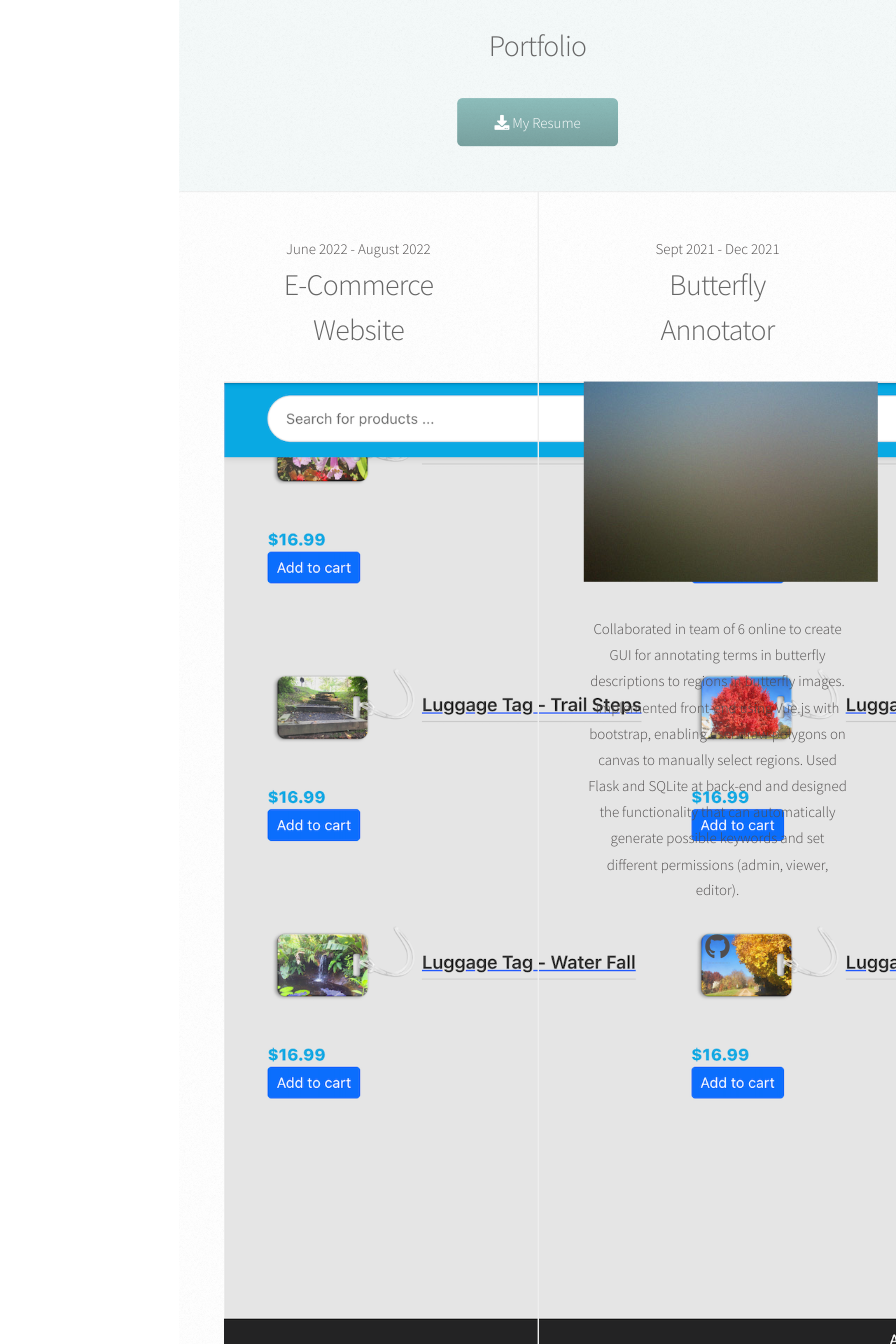
Repository: Felixqxz/Felixqxz.github.io
Page: index.html
These files come from the project's save history. The page is drawn as it stood at one moment and after a run of saves; the edit follows.
The browser window is 1280 px wide. The pictures show the part of the page from y = 1343 to 3263 px (the page is 6431 px tall), at 70% of full size.

Above is the page before, as saved 2022-08-02 14:39:47.

### index.html
<!DOCTYPE HTML>
<!--
	Prologue by HTML5 UP
	html5up.net | @ajlkn
	Free for personal and commercial use under the CCA 3.0 license (html5up.net/license)
-->
<html>
	<head>
		<title>Prologue by HTML5 UP</title>
		<meta charset="utf-8" />
		<meta name="viewport" content="width=device-width, initial-scale=1, user-scalable=no" />
		<link rel="stylesheet" href="assets/css/main.css" />
	</head>
	<body class="is-preload">

		<!-- Header -->
			<div id="header">

				<div class="top">

					<!-- Logo -->
						<div id="logo">
							<span class="image avatar48"><img src="images/avatar.jpg" alt="" /></span>
							<h1 id="title">Xingzhi Qian</h1>
							<p>Imperial College London</p>
						</div>

					<!-- Nav -->
						<nav id="nav">
							<ul>
								<li><a href="#top" id="top-link"><span class="icon solid fa-home">Intro</span></a></li>
								<li><a href="#about" id="about-link"><span class="icon solid fa-user">About Me</span></a></li>
								<li><a href="#portfolio" id="portfolio-link"><span class="icon solid fa-th">Portfolio</span></a></li>
								<!-- <li><a href="#contact" id="contact-link"><span class="icon solid fa-envelope">Contact</span></a></li> -->
							</ul>
						</nav>

				</div>

				<div class="bottom">

					<!-- Social Icons -->
						<ul class="icons">
							<li><a href="https://github.com/Felixqxz" class="icon brands fa-github"><span class="label">Github</span></a></li>
							<li><a href="https://www.linkedin.com/in/felixqian" class="icon brands fa-linkedin"><span class="label">LinkedIn</span></a></li>
							<li><a href="mailto: xingzhi.qian19@imperial.ac.uk" class="icon solid fa-envelope"><span class="label">Email</span></a></li>
							<li><a href="https://www.instagram.com/felix_qxz" class="icon brands fa-instagram"><span class="label">Instagram</span></a></li>
						</ul>

				</div>

			</div>

		<!-- Main -->
			<div id="main">

				<!-- Intro -->
					<section id="top" class="one dark cover">
						<div class="container">

							<header>
								<h2 class="alt">Hi! I'm <strong>Xingzhi (Felix)</strong>,</h2>
								<h2>a fourth year MEng Computing student at</h2>
								<h2>Imperial College London</h2>
							</header>

							<footer>
								<a href="#about" class="button scrolly">Explore more</a>
							</footer>

						</div>
					</section>


					<!-- About Me -->
					<section id="about" class="three">
						<div class="container">

							<header>
								<h2>About Me</h2>
							</header>

							<a href="#" class="image featured"><img src="images/pic08.jpg" alt="" /></a>

							<p>I'm Xingzhi (Felix) Qian, a fourth year MEng student studying computing (Artificial Intelligence and Machine Learning) at Imperial College London. </p>
							<p>I was born in Changshu, a beautiful city near the east coast of China. I love music, sports, playing games and travelling.
								I'm really enthusiastic about learning latest technologies and new skills.
							</p>

						</div>
					</section>

					<!-- Portfolio -->
					<section id="portfolio" class="two">
						<div class="container">

							<header>
								<h2>Portfolio</h2>
							</header>

							<a href="assets/CV.pdf" class="button" target="_blank"><i class="fa fa-download"></i>  My Resume</a>

						</div>
					</section>

					<section class="posts">
						<article>
							<header>
								<span class="date">June 2022 - August 2022</span>
								<h2>E-Commerce<br />
								Website</a></h2>
							</header>
							<img src="images/E-Commerce.jpg" alt="" /><br><br>
							<p>Built up an e-commerce website with Angular front-end and spring-boot back-end. Implemented the credit card payments using Stripe API.
								Developed Spring Boot back-end using REST APIs and connectted with MySQL database. ensuring web security using JWT, OAuth2.
							</p>
							<a href="https://github.com/Felixqxz/e-commerce" class="icon brands fa-github" style="font-size:36px"><span class="label">Github</span></a>
						</article>
						<article>
							<header>
								<span class="date">Sept 2021 - Dec 2021</span>
								<h2>Butterfly<br />
								Annotator</a></h2>
							</header>
							<img src="images/pic02.jpg" alt="" /><br><br>
							<p>Collaborated in team of 6 online to create GUI for annotating terms in butterfly descriptions to regions in butterfly images.
							Implemented front-end using Vue.js with bootstrap, enabling user draw polygons on canvas to manually select regions.
							Used Flask and SQLite at back-end and designed the functionality that can automatically generate possible
							keywords and set different permissions (admin, viewer, editor).
							</p>
							<a href="https://github.com/Felixqxz/butterfly-annotator" class="icon brands fa-github" style="font-size:36px"><span class="label">Github</span></a>
						</article>
						<article>
							<header>
								<span class="date">June 2021 - July 2021</span>
								<h2>Personal<br />
								Blog</h2>
							</header>
							<img src="images/pic03.jpg" alt="" /><br><br>
							<p>Created and built up the personal blog that enables different users to add their own blogs with Markdown format.
								Implemented front-end using Vue with element-UI, and back-end using Spring boot with MySQL. Used JWT (JSON Web Tokens) to ensure
								security between front-end and back-end.
							</p><br><br>
							<a href="https://github.com/Felixqxz/blog" class="icon brands fa-github" style="font-size:36px"><span class="label">Github</span></a>
						</article>
						<article>
							<header>
								<span class="date">May 2021</span>
								<h2>Online Platform for<br />
									 Chinese Students at Imperial</h2>
							</header>
							<img src="images/pic03.jpg" alt="" /><br><br>
							<p>Built up a mobile app that provides a platform for Chinese students at Imperial College to post problem that they would like to ask or share.
								Interviewed a few Chinese students in different years at Imperial and improved the software based on their feedback during the project iterations.
								Implemented using Swift for both front-end and back-end with Firebase as cloud-based NoSQL database.

							</p><br><br>
							<a href="https://github.com/Felixqxz/drp" class="icon brands fa-github" style="font-size:36px"><span class="label">Github</span></a>
						</article>
						<article>
							<header>
								<span class="date">Oct 2020 - Dec 2020</span>
								<h2>WACC<br />
								Compiler</h2>
							</header>
							<img src="images/pic03.jpg" alt="" /><br><br>
							<p>Worked in team of 4 online to build up Wacc compiler that generates assembly code using Java. Wacc is a simple language for educational purposes.
								Generated the language parser and constructed abstract syntax tree using ANTLR tool.
								Allowed for syntax and semantic checking of inputs and generate error messages according to both syntax and semantic error.


							</p><br><br>
							<a href="https://github.com/Felixqxz/Wacc" class="icon brands fa-github" style="font-size:36px"><span class="label">Github</span></a>
						</article>
						<article>
							<header>
								<span class="date">June 2018 - July 2018</span>
								<h2>Cataracts Classification<br /> Using SqueezeNet</h2>
							</header>
							<img src="images/pic03.jpg" alt="" /><br><br>
							<p>Used SqueezeNet, a deep neural network with few parameters, on cataracts classification that can help
								ophthalmologists diagnose different types of cataracts with images, achieving accuracy on test data at 96%.
								Generated and applied data augmentation to preprocess data for labeled datasets, and trained model with
								transfer learning using Keras and TensorFlow.
								Came up with the idea from volunteering in ophthalmology department and finding it took ophthalmologists
								time to diagnose different types of cataracts.


							</p>
							<a href="https://github.com/Felixqxz/cataracts-classification" class="icon brands fa-github" style="font-size:36px"><span class="label">Github</span></a>
						</article>
					</section>



				<!-- Contact -->
					<!-- <section id="contact" class="four">
						<div class="container">

							<header>
								<h2>Contact</h2>
							</header>

							<p>Elementum sem parturient nulla quam placerat viverra
							mauris non cum elit tempus ullamcorper dolor. Libero rutrum ut lacinia
							donec curae mus. Eleifend id porttitor ac ultricies lobortis sem nunc
							orci ridiculus faucibus a consectetur. Porttitor curae mauris urna mi dolor.</p>

							<form method="post" action="#">
								<div class="row">
									<div class="col-6 col-12-mobile"><input type="text" name="name" placeholder="Name" /></div>
									<div class="col-6 col-12-mobile"><input type="text" name="email" placeholder="Email" /></div>
									<div class="col-12">
										<textarea name="message" placeholder="Message"></textarea>
									</div>
									<div class="col-12">
										<input type="submit" value="Send Message" />
									</div>
								</div>
							</form>

						</div>
					</section> -->

			</div>

		<!-- Footer -->
			<div id="footer">

				<!-- Copyright -->
					<ul class="copyright">
						<li>&copy; Copyright © 2022 Xingzhi Qian All Rights Reserved.</li><br>
						<li>&copy; Created by Xingzhi Qian </li>
					</ul>

			</div>

		<!-- Scripts -->
			<script src="assets/js/jquery.min.js"></script>
			<script src="assets/js/jquery.scrolly.min.js"></script>
			<script src="assets/js/jquery.scrollex.min.js"></script>
			<script src="assets/js/browser.min.js"></script>
			<script src="assets/js/breakpoints.min.js"></script>
			<script src="assets/js/util.js"></script>
			<script src="assets/js/main.js"></script>

	</body>
</html>

Loaded but not shown: assets/js/jquery.min.js (library); assets/js/jquery.scrolly.min.js (common file); assets/js/jquery.scrollex.min.js (common file); assets/js/browser.min.js (common file); assets/js/breakpoints.min.js (common file); assets/css/fontawesome-all.min.css (library); assets/js/util.js (587 lines, source omitted); assets/js/main.js (123 lines, source omitted); assets/css/main.css (2799 lines, source omitted)

After the next 2 saves:
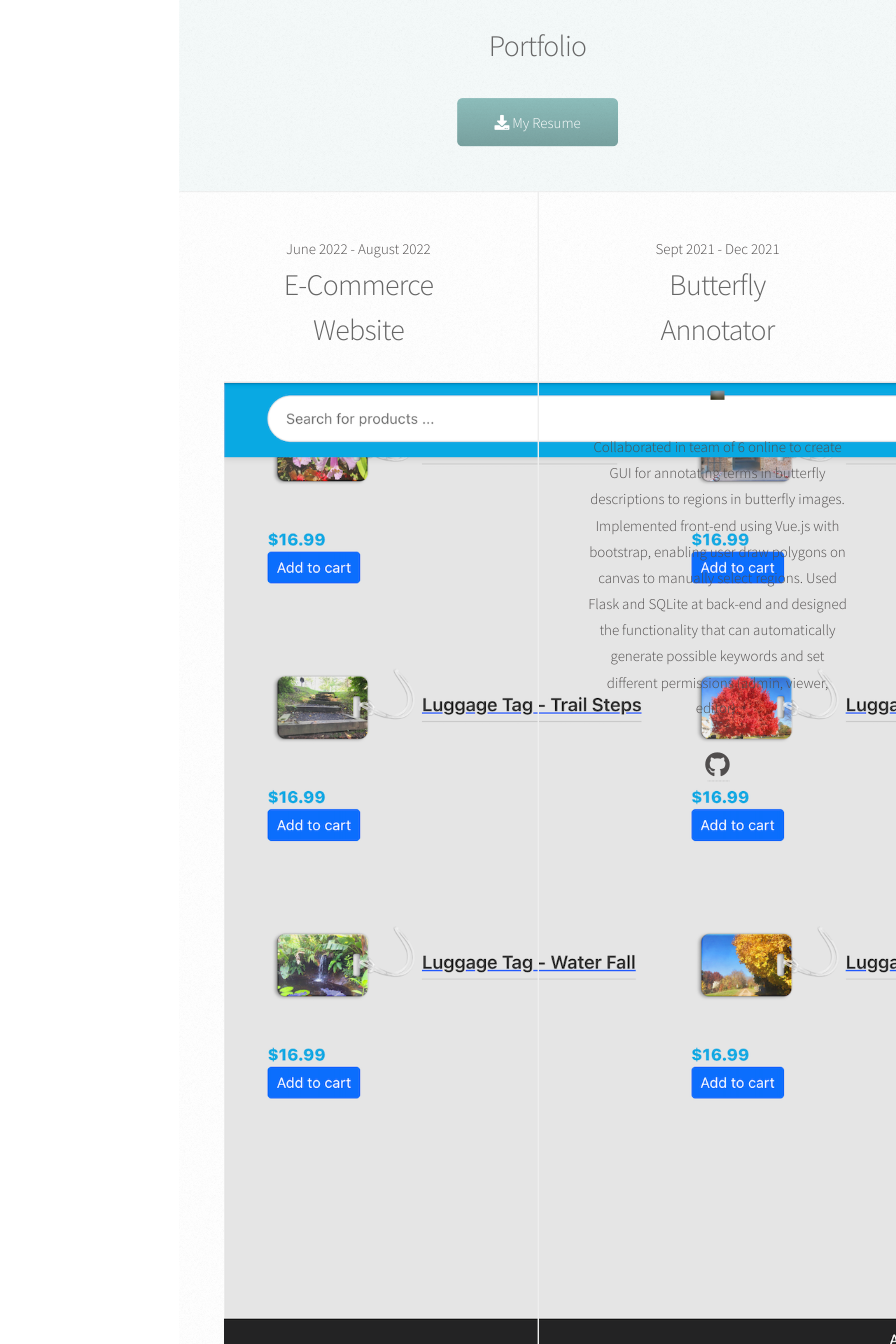
The 2 saves are shown as one change because they came seconds apart.
The last was saved 19 s later.
--- a/index.html
+++ b/index.html
@@ -122,7 +122,7 @@
 								<h2>Butterfly<br />
 								Annotator</a></h2>
 							</header>
-							<img src="images/pic02.jpg" alt="" /><br><br>
+							<img src="images/pic02.jpg" width="20px" alt="" /><br><br>
 							<p>Collaborated in team of 6 online to create GUI for annotating terms in butterfly descriptions to regions in butterfly images.
 							Implemented front-end using Vue.js with bootstrap, enabling user draw polygons on canvas to manually select regions.
 							Used Flask and SQLite at back-end and designed the functionality that can automatically generate possible
